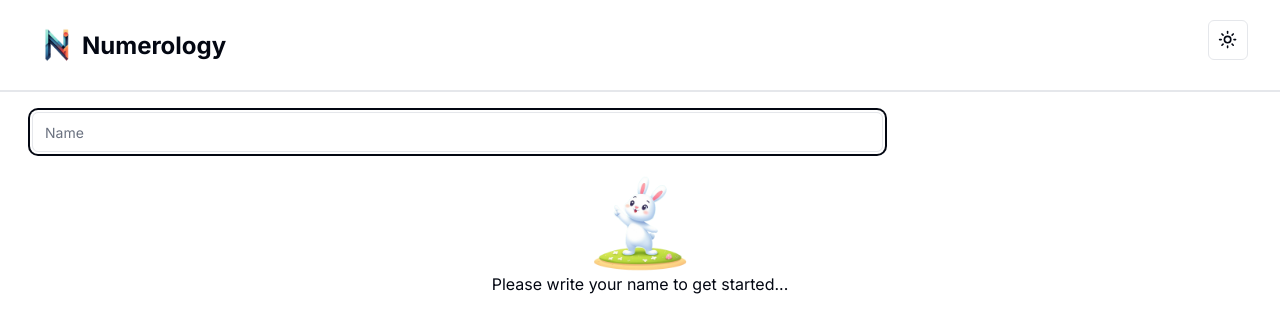
Repository: RaghunadhSahitDruvam/mynumerology
Page: /
These files come from the project's save history. The page is drawn as it stood at one moment and after the next save; the edit follows.
The browser window is 1280 px wide. The pictures show the whole page.
The page's requests for data from a server got no answer. The project was rebuilt for these pictures with package versions that can differ from the ones it lists, and the page was loaded fresh each time. The framework's server and built-in components were replaced by stand-ins that run in the browser. No one was signed in, and anything a server would have sent is missing. Also part of the build but not shown: next.config.js.

Above is the page before, as saved 2023-12-19 16:17:57.

After the next save:
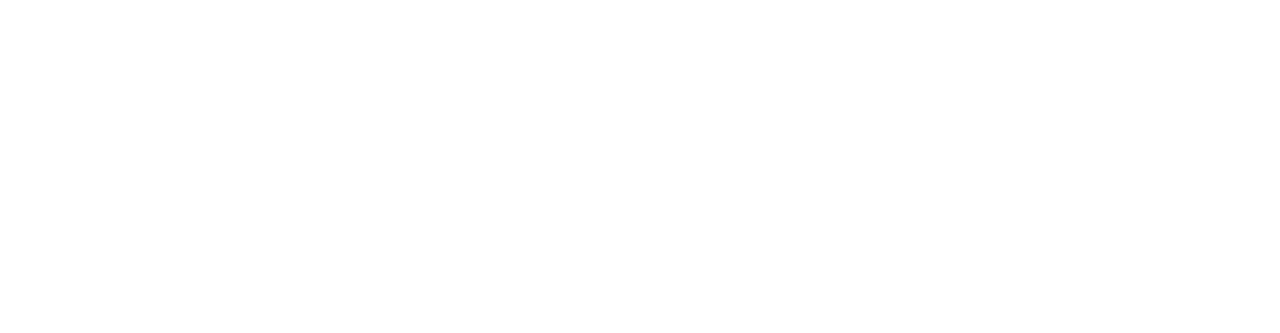
Saved 85 s later.
--- a/app/page.tsx
+++ b/app/page.tsx
@@ -48,6 +48,11 @@
     // Update the URL without a page reload
     router.push(`?name=${encodeURIComponent(newTextName)}`);
   };
+  const handleInputChange = () => {
+    const newValue = inputRef.current?.value || "";
+    setTextName(newValue);
+    updateURL(newValue);
+  };
 
   return (
     <div className="">
@@ -60,12 +65,8 @@
             placeholder="Name"
             className="w-[70%]"
             value={textName}
-            ref={inputFocusRef}
-            onChange={(e) => {
-              const newValue = e.target.value;
-              setTextName(newValue);
-              updateURL(newValue); // Update the URL when input changes
-            }}
+            ref={inputRef} // Attach the ref to the input element
+            onChange={handleInputChange} // Use the ref's current value
           />
         </div>
       </div>

After the save that followed:
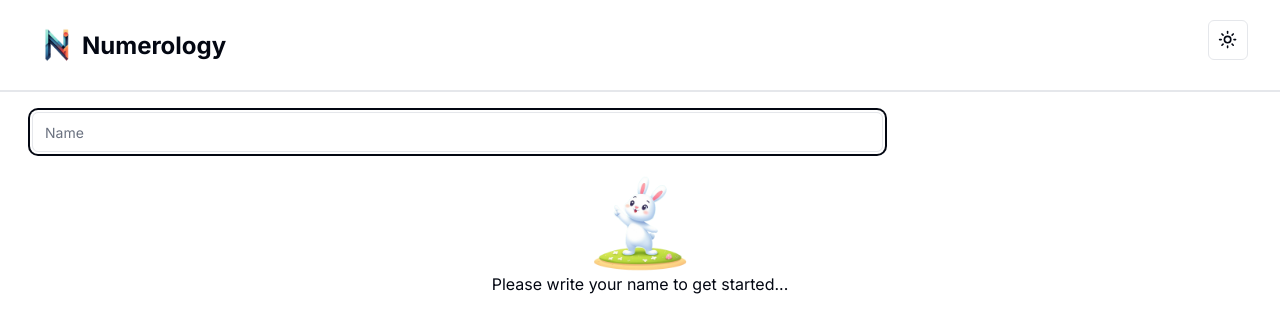
Saved 32 s later.
--- a/app/page.tsx
+++ b/app/page.tsx
@@ -49,7 +49,7 @@
     router.push(`?name=${encodeURIComponent(newTextName)}`);
   };
   const handleInputChange = () => {
-    const newValue = inputRef.current?.value || "";
+    const newValue = inputFocusRef.current?.value || "";
     setTextName(newValue);
     updateURL(newValue);
   };
@@ -65,7 +65,7 @@
             placeholder="Name"
             className="w-[70%]"
             value={textName}
-            ref={inputRef} // Attach the ref to the input element
+            ref={inputFocusRef} // Attach the ref to the input element
             onChange={handleInputChange} // Use the ref's current value
           />
         </div>
